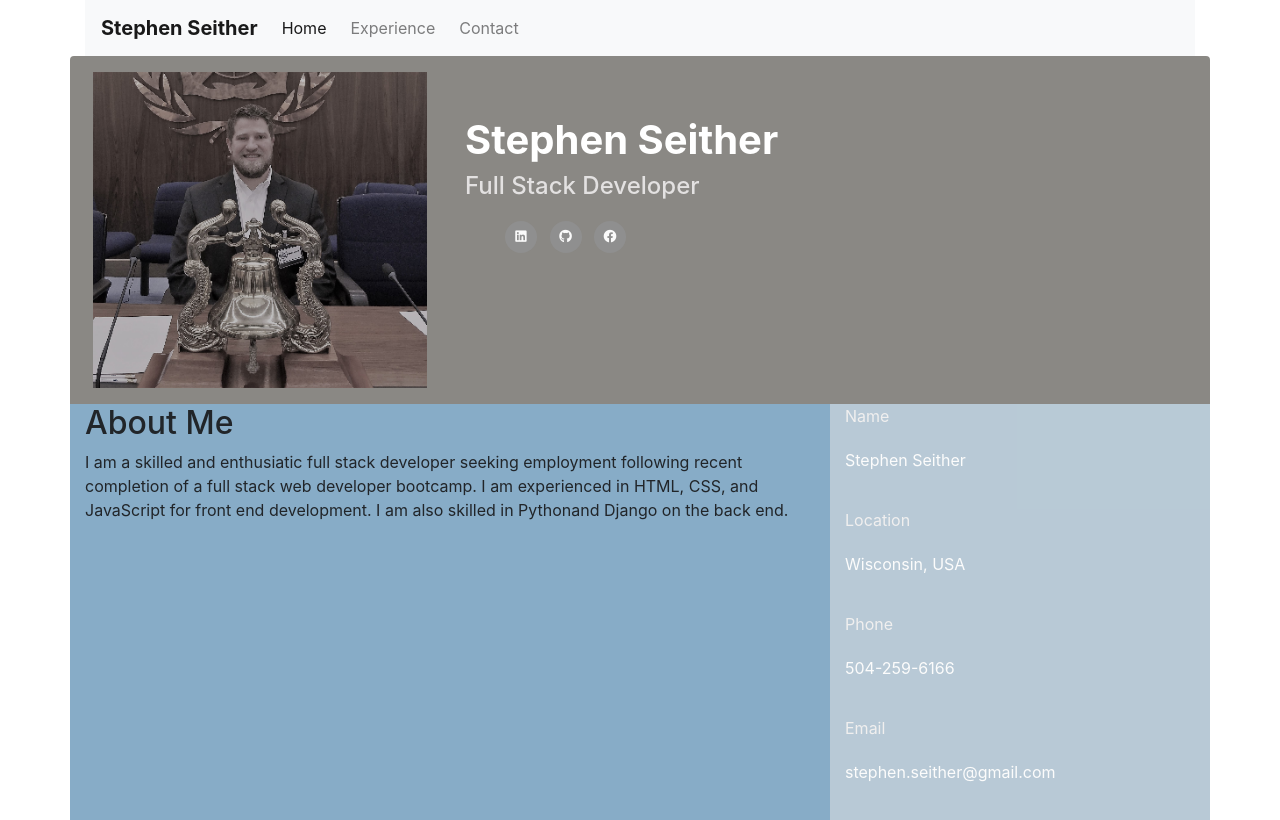
Repository: stephenseither/First-Milestone-Project
Page: index.html
The author's editor kept a record of every edit. The page is drawn from the files as they stood at one moment, then again after the next edit.
The browser window is 1280 px wide. The pictures show the whole page.
Some web libraries are served in a nearby version.

Above is the page before.

### index.html
<!DOCTYPE html>
<html lang="en">

<head>
    <meta charset="UTF-8">
    <meta name="viewport" content="width=device-width, initial-scale=1.0">
    <meta http-equiv="X-UA-Compatible" content="ie=edge">
    <link rel="stylesheet" href="https://stackpath.bootstrapcdn.com/bootstrap/4.3.1/css/bootstrap.min.css" integrity="sha384-ggOyR0iXCbMQv3Xipma34MD+dH/1fQ784/j6cY/iJTQUOhcWr7x9JvoRxT2MZw1T" crossorigin="anonymous">
    <link rel="stylesheet" href="https://use.fontawesome.com/releases/v5.10.2/css/all.css" integrity="sha384-rtJEYb85SiYWgfpCr0jn174XgJTn4rptSOQsMroFBPQSGLdOC5IbubP6lJ35qoM9" crossorigin="anonymous">
    <link rel="stylesheet" href="assets/css/style.css" type="text/css" />
    <title>Document</title>
</head>

<body>
    <div class="container">
        <nav class="navbar navbar-light bg-light navbar-expand-sm no-gutters">
            <a href="index.html" class="navbar-brand font-weight-bold">Stephen Seither</a>

            <button class="navbar-toggler ml-auto" type="button" data-toggle="collapse" data-target="#navbarNavDropdown" aria-controls="navbarNavDropdown" aria-expanded="false" aria-label="Toggle navigation">
            <span class="navbar-toggler-icon"></span></button>

            <div class="collapse navbar-collapse" id="navbarNavDropdown">
                <ul class="navbar-nav mr-auto">
                    <li class="active nav-item mr-2"><a class="nav-link" href="index.html">Home</a></li>
                    <li class="nav-item mr-2"><a class="nav-link" href="experience.html">Experience</a></li>
                    <li class="nav-item mr-2"><a class="nav-link" href="contact.html">Contact</a></li>
                </ul>
            </div>
        </nav>


        <div class="row bg-header rounded-top">
            <div class="col-sm-4 photo">
                <img src="assets/images/stephen-1.jpg" alt="stephen" class="img-fluid img-responsive py-3 px-2" />
            </div>
            <div class="col-sm-8 heading">
                <div class="row">
                    <div class="col">
                        <h1 class="name font-weight-bold">Stephen Seither</h3>
                            <h4 class="title">Full Stack Developer</h4>
                    </div>
                </div>
                <div class="row">
                    <div class="col">
                        <ul class="list-inline social-links">
                            <li class="list-inline-item">
                                <a href="https://www.linkedin.com/in/stephen-seither-254ba7b7" target="_blank">
                                <i class="fab fa-linkedin" aria-hidden="true"></i>
                                <span class="sr-only">LinkedIn</span>
                                </a>
                            </li>
                            <li class="list-inline-item">
                                <a href="https://github.com/stephenseither" target="_blank">
                                    <i class="fab fa-github" aria-hidden="true"></i>
                                    <span class="sr-only">GitHub</span>
                                </a>
                            </li>
                            <li class="list-inline-item">
                                <a href="https://www.facebook.com/stephen.seither" target="_blank">
                                    <i class="fab fa-facebook" aria-hidden="true"></i>
                                    <span class="sr-only">Facebook</span>
                                </a>
                            </li>
                        </ul>
                    </div>
                </div>
            </div>
        </div>
    </div>

    <section class="container">
        <div class="row">
            <div class="col-md-8 about-me">
                <h2>About Me</h2>
                <p>I am a skilled and enthusiatic full stack developer seeking employment following recent completion of a full stack web developer bootcamp. I am experienced in HTML, CSS, and JavaScript for front end development. I am also skilled in Pythonand Django on the back end. </p>
            </div>
            <div class="col-md-4 contact-info">
                <div class="personal-info-item">
                    <div class="title">
                        <p class="uppercase">
                            Name
                        </p>
                    </div>
                    <div class="value">
                        <p>
                            Stephen Seither
                        </p>
                    </div>
                </div>
                <div class="personal-info-item">
                    <div class="title">
                        <p class="uppercase">
                            Location
                        </p>
                    </div>
                    <div class="value">
                        <p>
                            Wisconsin, USA
                        </p>
                    </div>
                </div>
                <div class="personal-info-item">
                    <div class="title">
                        <p class="uppercase">
                            Phone
                        </p>
                    </div>
                    <div class="value">
                        <p>
                            504-259-6166
                        </p>
                    </div>
                </div>
                <div class="personal-info-item">
                    <div class="title">
                        <p class="uppercase">
                            Email
                        </p>
                    </div>
                    <div class="value">
                        <p>
                            stephen.seither@gmail.com
                        </p>
                    </div>
                </div>
            </div>
        </div>
    </section>
    <script src="https://code.jquery.com/jquery-3.3.1.slim.min.js" integrity="sha384-q8i/X+965DzO0rT7abK41JStQIAqVgRVzpbzo5smXKp4YfRvH+8abtTE1Pi6jizo" crossorigin="anonymous"></script>
    <script src="https://cdnjs.cloudflare.com/ajax/libs/popper.js/1.14.3/umd/popper.min.js" integrity="sha384-ZMP7rVo3mIykV+2+9J3UJ46jBk0WLaUAdn689aCwoqbBJiSnjAK/l8WvCWPIPm49" crossorigin="anonymous"></script>
    <script src="https://stackpath.bootstrapcdn.com/bootstrap/4.1.3/js/bootstrap.min.js" integrity="sha384-ChfqqxuZUCnJSK3+MXmPNIyE6ZbWh2IMqE241rYiqJxyMiZ6OW/JmZQ5stwEULTy" crossorigin="anonymous"></script>
</body>

</html>

### assets/css/style.css
/*---------------------------BG Colors---------------------- */

.bg-header {
    background-color: #8a8884;
}

.about-me {
background-color: #87acc7;
}

.contact-info {
    background-color: #7395ae;
    opacity: 0.5;
    transition: opacity .5s ease-out, font-weight .25s ease-in-out;
    -moz-transition: opacity .5s ease-out, font-weight .25s ease-in-out;
    -webkit-transition: opacity .5s ease-out, font-weight .25s ease-in-out;
    color: #fafafa;
    font-weight: normal;
}

.contact-info:hover {
    opacity: 1.2;
    font-weight: bold;
}


/*---------------------------Header---------------------- */

.name {
    margin-top: 60px;
    color: #fff;
}

.title {
    color: #e3e1e1;
    margin-bottom: 20px;
}

.social-links {
    margin-left: 40px;
}

.social-links li a i {
    width: 32px;
    height: 32px;
    padding: 12px 2px;
    border-radius: 50%;
    font-size: 13px;
    line-height: 7px;
    text-align: center;
    color: #fafafa;
    background: #8f8f8f;
    transition: all 0.35s ease-in-out, ;
    -moz-transition: all 0.35s ease-in-out;
    -webkit-transition: all 0.35s ease-in-out;
    -o-transition: all 0.35s ease-in-out;
}

.social-links li a i:hover {
    background-color: #b8784b;
    transform: scale(1.5);
    -webkit-transform: scale(1.5);
    -moz-transform: scale(1.5);
    -o-transform: scale(1.5);
}

/*---------------------------Contact Info---------------------- */

.personal-info-item {
    margin-bottom: 20px;
    display: block;
    clear: both;
}

.personal-info-item .key,
.personal-info-item .value {
    display: inline-block;
}

After the next edit:
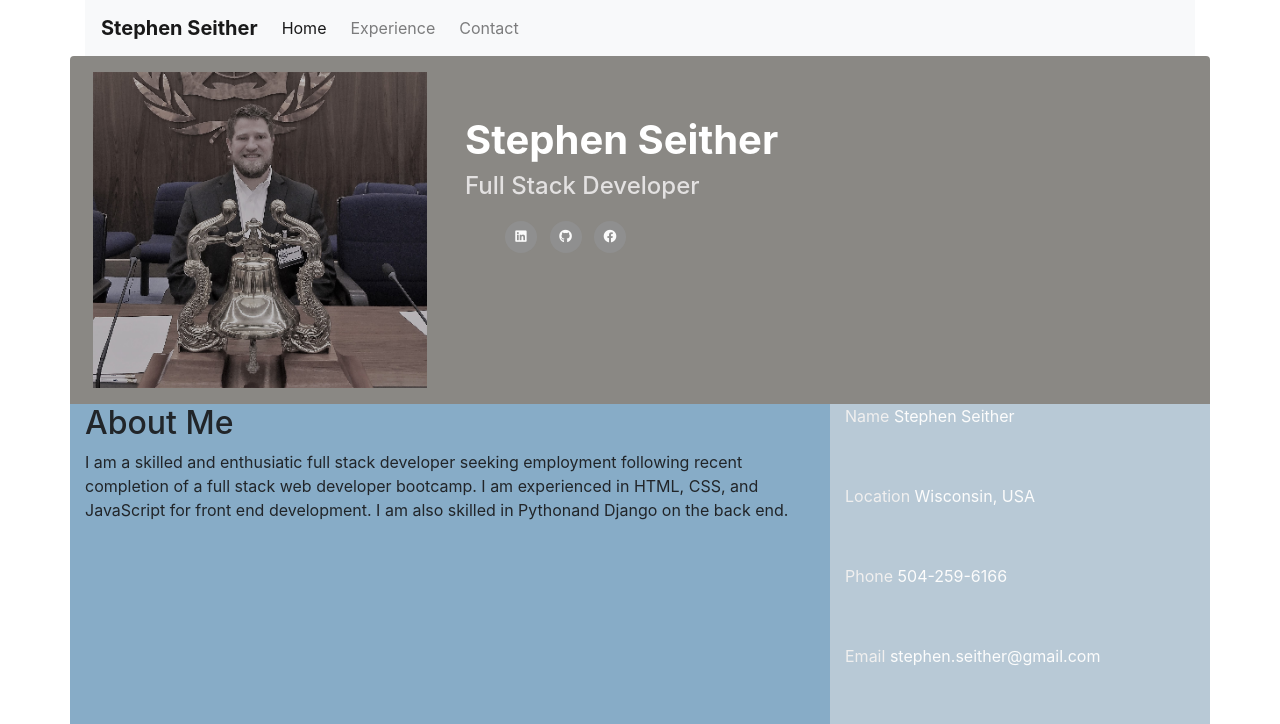
The edit:
--- a/assets/css/style.css
+++ b/assets/css/style.css
@@ -72,7 +72,7 @@
     clear: both;
 }
 
-.personal-info-item .key,
+.personal-info-item .title,
 .personal-info-item .value {
     display: inline-block;
 }
